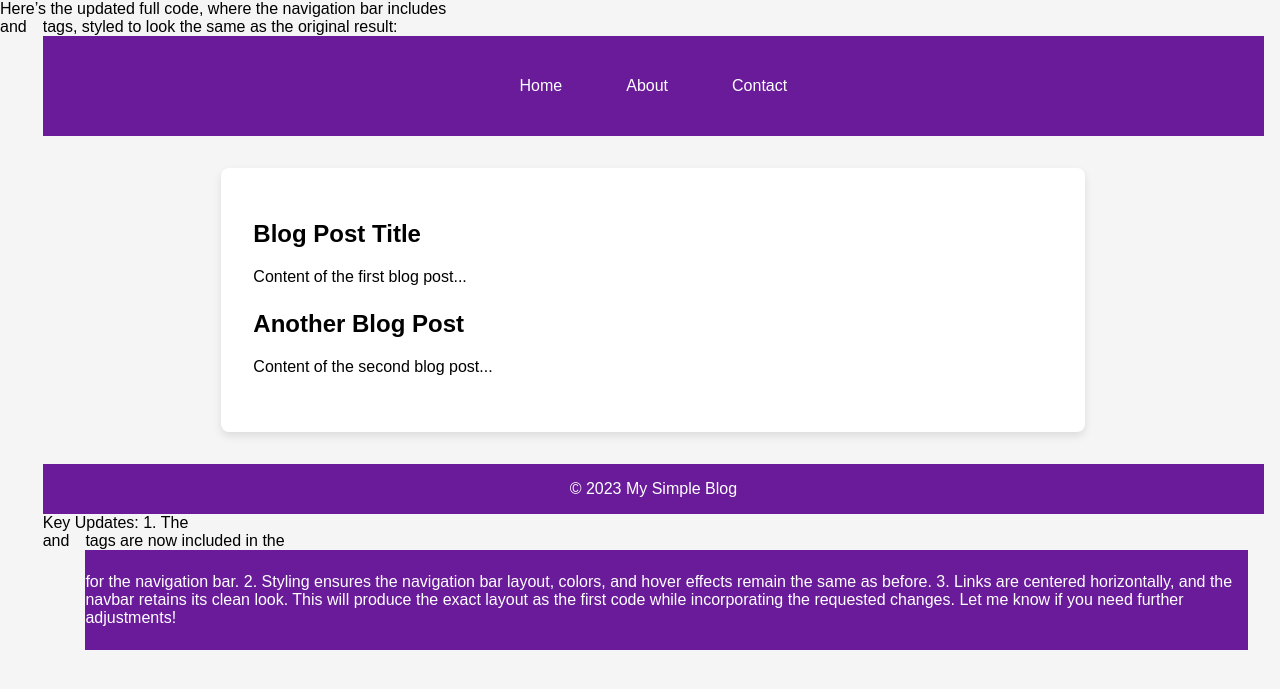
Repository: Femi007-gh/BLOG
Page: index.html
These files come from the project's save history. The page is drawn as it stood at one moment and after the next save; the edit follows.
The browser window is 1280 px wide. The pictures show the whole page.

Above is the page before, as saved 2025-01-08 09:01:39.

### index.html
Here’s the updated full code, where the navigation bar includes <ul> and <li> tags, styled to look the same as the original result:

  <!DOCTYPE html>
  <html lang="en">
  <head>
    <meta charset="UTF-8">
    <meta name="viewport" content="width=device-width, initial-scale=1.0">
    <title>My Blog</title>
    <style>
      body {
        margin: 0;
        font-family: Arial, sans-serif;
        background-color: #f5f5f5;
      }

      nav {
        background-color: #6a1b9a;
        height: 100px;
        display: flex;
        flex-direction: column;
        justify-content: center;
        align-items: center;
        color: white;
      }

      ul {
        list-style: none;
        margin: 0;
        padding: 0;
        display: flex;
        justify-content: center;
      }

      li {
        margin: 0 1rem;
      }

      a {
        color: white;
        text-decoration: none;
        font-family: Arial, sans-serif;
        padding: 0.5rem 1rem;
        display: block;
      }

      a:hover {
        background-color: #4a148c;
        border-radius: 4px;
      }

      .container {
        margin: 2rem auto;
        max-width: 800px;
        background-color: white;
        border-radius: 8px;
        padding: 2rem;
        box-shadow: 0 4px 8px rgba(0, 0, 0, 0.1);
      }

      .blog-post {
        margin-bottom: 1.5rem;
      }

      footer {
        background-color: #6a1b9a;
        color: white;
        text-align: center;
        padding: 1rem 0;
        margin-top: 2rem;
      }
    </style>
  </head>
  <body>
    <nav>
      <ul>
        <li><a href="#home">Home</a></li>
        <li><a href="#about">About</a></li>
        <li><a href="#contact">Contact</a></li>
      </ul>
    </nav>
    <div class="container">
      <div class="blog-post">
        <h2>Blog Post Title</h2>
        <p>Content of the first blog post...</p>
      </div>
      <div class="blog-post">
        <h2>Another Blog Post</h2>
        <p>Content of the second blog post...</p>
      </div>
    </div>
    <footer>
      &copy; 2023 My Simple Blog
    </footer>
  </body>
  </html>

  Key Updates:

  1. The <ul> and <li> tags are now included in the <nav> for the navigation bar.


  2. Styling ensures the navigation bar layout, colors, and hover effects remain the same as before.


  3. Links are centered horizontally, and the navbar retains its clean look.



  This will produce the exact layout as the first code while incorporating the requested changes. Let me know if you need further adjustments!

After the next save:
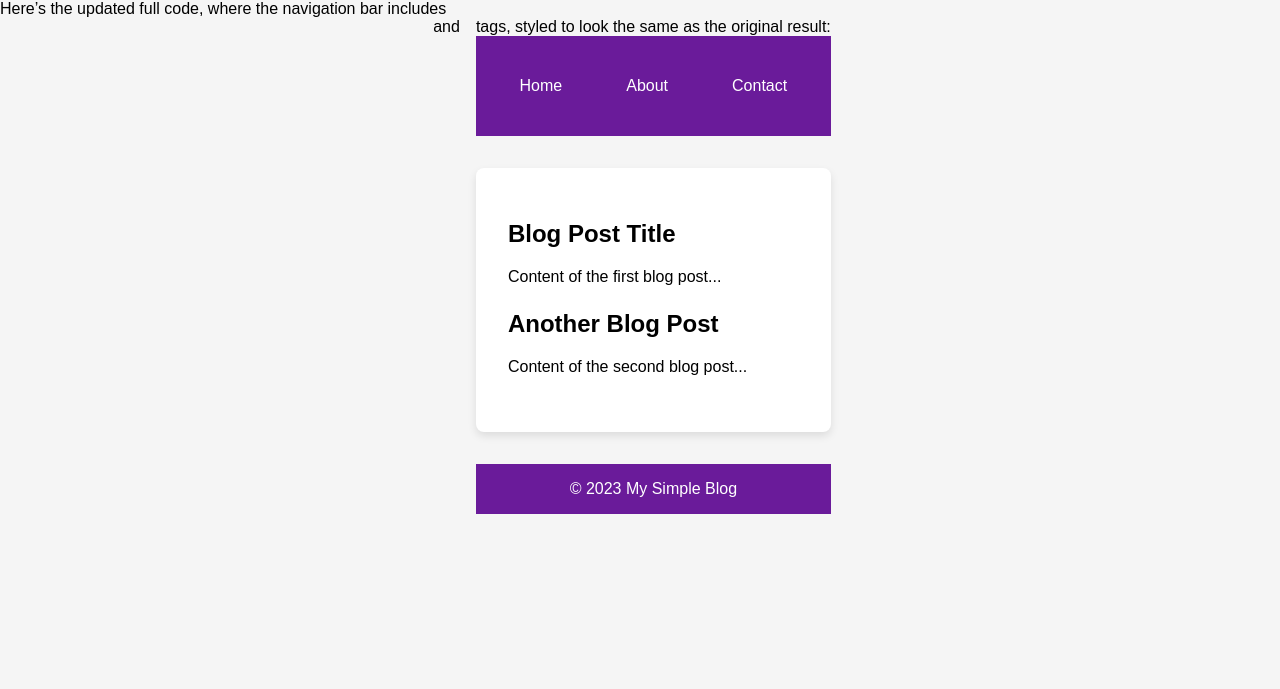
Saved 5 s later.
--- a/index.html
+++ b/index.html
@@ -93,17 +93,3 @@ Here’s the updated full code, where the navigation bar includes <ul> and <li>
     </footer>
   </body>
   </html>
-
-  Key Updates:
-
-  1. The <ul> and <li> tags are now included in the <nav> for the navigation bar.
-
-
-  2. Styling ensures the navigation bar layout, colors, and hover effects remain the same as before.
-
-
-  3. Links are centered horizontally, and the navbar retains its clean look.
-
-
-
-  This will produce the exact layout as the first code while incorporating the requested changes. Let me know if you need further adjustments!
